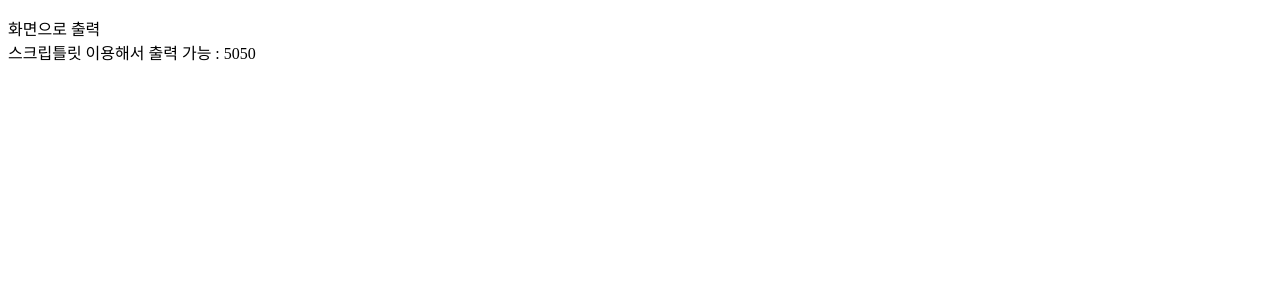
Repository: BrianH29/BH_webserver_workspace1
Page: http://localhost/2_JSP/views/01_ScriptingElement.jsp
These files come from the project's save history. The page is drawn as it stood at one moment and after the next save; the edit follows.
The browser window is 1280 px wide. The pictures show the whole page.
The page is served by Tomcat 9.

Above is the page before, as saved 2020-08-31 01:32:17.

After the next save:
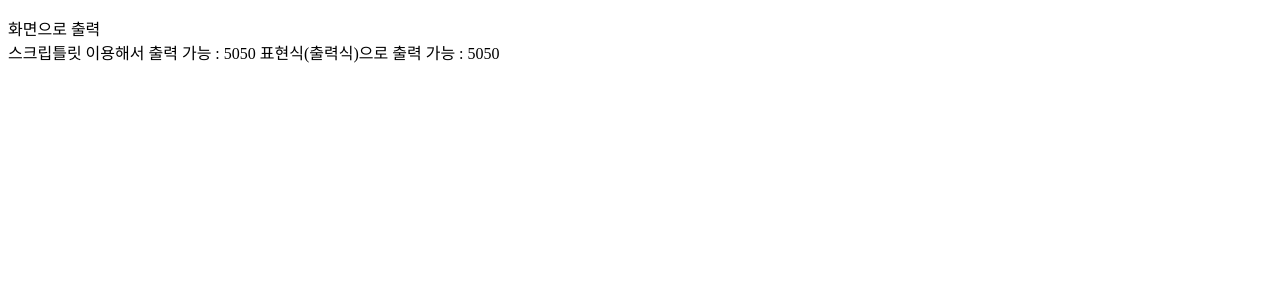
Saved 2 min 18 s later.
--- a/webserver_workspace1/2_JSP/WebContent/views/01_ScriptingElement.jsp
+++ b/webserver_workspace1/2_JSP/WebContent/views/01_ScriptingElement.jsp
@@ -24,6 +24,7 @@
 	<p>
 		화면으로 출력 <br>
 		스크립틀릿 이용해서 출력 가능 : <% out.println(sum); %>
+		표현식(출력식)으로 출력 가능 : <%= sum %>
 	</p>
 
 </body>
